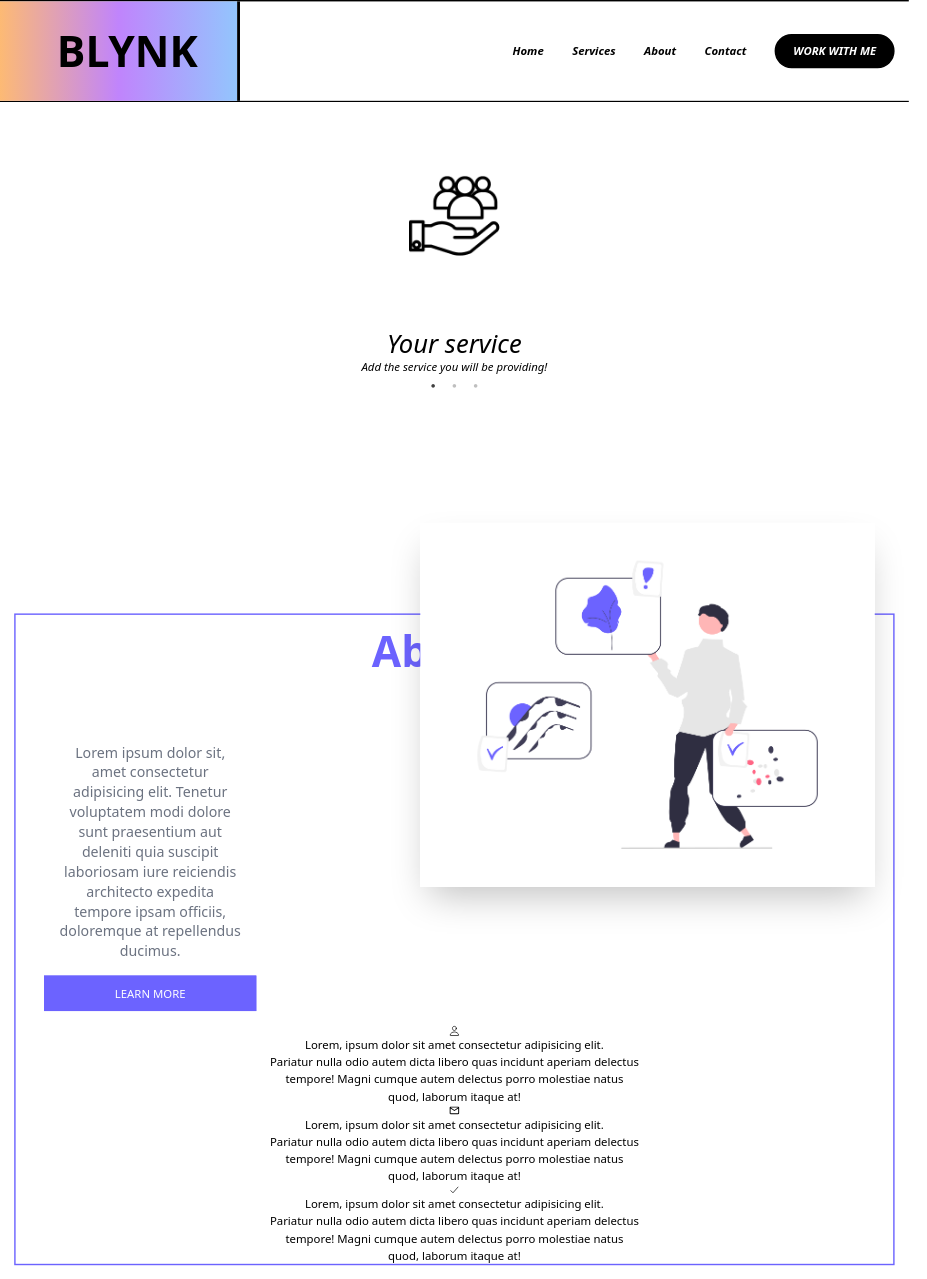
Repository: Al123Kudayyd/eportfolio
Page: /
These files come from the project's save history. The page is drawn as it stood at one moment and after a run of saves; the edit follows.
The browser window is 1280 px wide. The page is 1305 px wide, so the pictures cover 1305 px, including what lies to the right of the window. The pictures show the whole page, at 71% of full size.
The project was rebuilt for these pictures with package versions that can differ from the ones it lists, and the page was loaded fresh each time.

Above is the page before, as saved 2024-02-27 08:06:31.

### src/App.js
import logo from './logo.svg';
import './App.css';
import Nav from './components/Nav';
import Services from './components/Services';
import About from './components/About';

function App() {
  return (
    <div className="App">
      <Nav />
      <Services />
      <About />
    </div>
  );
}

export default App;

### src/components/Nav.jsx
import React from 'react'

function Nav() {
  return (
    <div className=' border-y-2 border-black sticky top-0 z-10'>
        <div className='flex justify-between'>
            <h1 className='font-bold py-10 pl-20 lg:text-6xl text-4xl border-r-4 pr-14 border-black bg-gradient-to-r from-orange-300 via-purple-400 to-blue-300'>BLYNK</h1>
            <ul className='italic hidden lg:flex justify-center items-center space-x-10 cursor-pointer mx-5 text-md font-semibold transp'>
                <li className='hover:text-gray-500 transition-all duration-300 '>Home</li>
                <li className='hover:text-gray-500 transition-all duration-300'>Services</li>
                <li className='hover:text-gray-500 transition-all duration-300'>About</li>
                <li className='hover:text-gray-500 transition-all duration-300'>Contact</li>
                <li className='bg-black text-white px-6 py-[10px] border-2 border-black hover:bg-white rounded-3xl
                hover:text-black transition-all duration-300'>
                    WORK WITH ME
                </li>
            </ul>
        </div>
    </div>
  )
}

export default Nav

### src/components/Services.jsx
import React from 'react'
import "slick-carousel/slick/slick.css";
import "slick-carousel/slick/slick-theme.css";
import Slider from "react-slick";
import service from '../assests/service.png'
import service1 from '../assests/service1.png'
import service2 from '../assests/service2.png'

function Services() {
  var settings = {
    dots: true,
    infinite: true,
    speed: 500,
    slidesToShow: 1,
    slidesToScroll: 1,
  };

  return (
    <div className=''>
        <div className='min-h-[400px] lg:min-h-[700px] text-center '>
        <Slider className='text-black  italic' {...settings}>
      <div className='relative'>
        <img src={service} className='w-1/4 translate-x-[150%]' alt="" />
        <h1 className='text-4xl'>Your service</h1>
        <p className='text-md'>Add the service you will be providing!</p>
      </div>
      <div>
        <img src={service1} className='w-1/4 translate-x-[150%]' alt="" />
        <h3 className='text-4xl'>Your Serivce</h3>
        <p className='text-md'>Add the service you will be providing!</p>
      </div>
      <div>
        <img src={service2} className='w-1/4 translate-x-[150%]' alt="" />
        <h3 className='text-4xl'>Your Serivce</h3>
        <p className='text-md'>Add the service you will be providing!</p>
      </div>
      </Slider>
        </div>
    </div>
  )
}

export default Services

### src/components/About.jsx
import React from 'react'
import about from '../assests/about.png'
import AboutService from './AboutService'
import { IoPersonOutline } from "react-icons/io5";
import { MdOutlineEmail } from "react-icons/md";
import { IoCheckmarkOutline } from "react-icons/io5";

function About() {
  return (
    <div className='relative '>
      <div className='relative border-2 border-[#6C63FF] m-5'>
        <div className='pl-10 flex flex-col'>
            <h1 className=' text-[#6C63FF] pt-5 text-6xl font-bold '>
                About Us
            </h1>
            <p className='md:w-1/2 lg:w-1/4 mt-20 text-xl text-gray-500 p-5'>Lorem ipsum dolor sit, amet consectetur adipisicing elit. Tenetur voluptatem modi dolore sunt praesentium aut deleniti quia suscipit laboriosam iure reiciendis architecto expedita tempore ipsam officiis, doloremque at repellendus ducimus.</p>
            <button className='bg-[#6C63FF] text-white border border-[#6C63FF] px-7 py-3 mb-5 hover:bg-white
            hover:text-[#6C63FF] transitio duration-300 w-1/4'>
              LEARN MORE
            </button>
        </div>
        <AboutService button={<IoPersonOutline />} button1={<MdOutlineEmail />} button2={<IoCheckmarkOutline />}
        para={<div>Lorem, ipsum dolor sit amet consectetur adipisicing elit.<br /> Pariatur nulla odio autem dicta libero quas incidunt aperiam delectus <br />tempore! Magni cumque autem delectus porro molestiae natus <br />quod, laborum itaque at!</div>} />
        </div>

        <img src={about} className='absolute -top-32 w-[45%] lg:w-[50%] shadow-2xl right-4 lg:right-12' />
    </div>
  )
}

export default About

### src/components/AboutService.js
import React from 'react'


function AboutService({ button, button1, button2, para }) {
  return (
    <div>
        <div>
            <div className='flex flex-col items-center'>
                <span>{button}</span>
                <p>{para}</p>
            </div>
            <div className='flex flex-col items-center'>
                <span>{button1}</span>
                <p>{para}</p>
            </div>
            <div className='flex flex-col items-center'>
                <span>{button2}</span>
                <p>{para}</p>
            </div>
        </div>
    </div>
  )
}

export default AboutService

### tailwind.config.js
/** @type {import('tailwindcss').Config} */
module.exports = {
  content: [
    "./src/App.js.{js,jsx,ts,tsx}",
    "./src/components/Nav.{js,jsx,ts,tsx}",
    "./src/components/Services.{js,jsx,ts,tsx}",
    "./src/components/About.{js,jsx,ts,tsx}"
],
  theme: {
    extend: {},
  },
  plugins: [],
}

Loaded but not shown: public/index.html (common file); src/index.js (common file); src/index.css (common file); src/reportWebVitals.js (common file); src/App.css (common file)

After the next 2 saves:
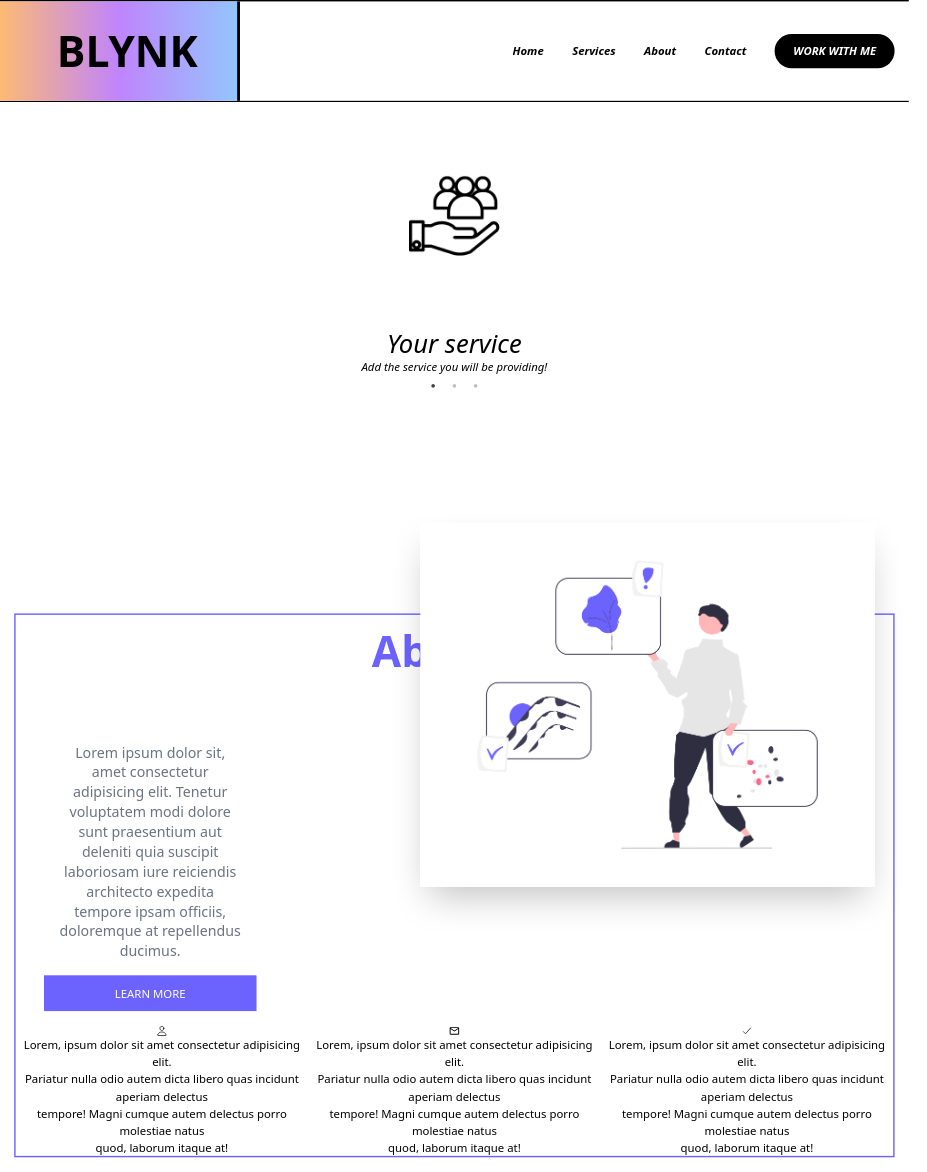
The 2 saves are shown as one change because they came seconds apart.
The last was saved 14 s later.
--- a/src/components/AboutService.js
+++ b/src/components/AboutService.js
@@ -4,7 +4,7 @@ import React from 'react'
 function AboutService({ button, button1, button2, para }) {
   return (
     <div>
-        <div>
+        <div className='flex justify-center '>
             <div className='flex flex-col items-center'>
                 <span>{button}</span>
                 <p>{para}</p>
